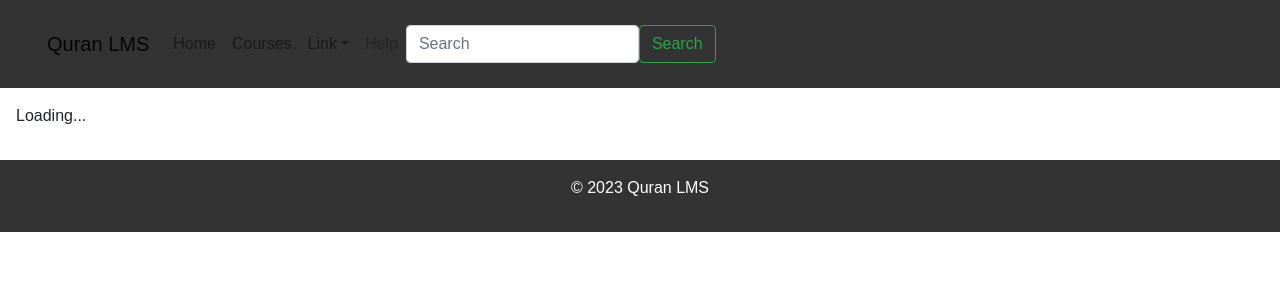
Repository: talha-mahmood/Quran-Lms-react
Page: /
These files come from the project's save history. The page is drawn as it stood at one moment and after a run of saves; the edit follows.
The browser window is 1280 px wide. The pictures show the whole page.
The page's requests for data from a server got no answer. The project was rebuilt for these pictures with package versions that can differ from the ones it lists, and the page was loaded fresh each time. No one was signed in, and anything a server would have sent is missing.

Above is the page before, as saved 2023-03-08 01:13:02.

### public/index.html
<!DOCTYPE html>
<html lang="en">
  <head>
    <meta charset="utf-8" />
    <link rel="icon" href="%PUBLIC_URL%/favicon.ico" />
    <meta name="viewport" content="width=device-width, initial-scale=1" />
    <meta name="theme-color" content="#000000" />
    <meta
      name="description"
      content="Web site created using create-react-app"
    />

    <link rel="apple-touch-icon" href="%PUBLIC_URL%/logo192.png" />
    <link rel="stylesheet" href="https://cdn.jsdelivr.net/npm/bootstrap@4.4.1/dist/css/bootstrap.min.css" integrity="sha384-Vkoo8x4CGsO3+Hhxv8T/Q5PaXtkKtu6ug5TOeNV6gBiFeWPGFN9MuhOf23Q9Ifjh" crossorigin="anonymous">
    <script src="https://code.jquery.com/jquery-3.4.1.slim.min.js" integrity="sha384-J6qa4849blE2+poT4WnyKhv5vZF5SrPo0iEjwBvKU7imGFAV0wwj1yYfoRSJoZ+n" crossorigin="anonymous"></script>
   <script src="https://cdn.jsdelivr.net/npm/popper.js@1.16.0/dist/umd/popper.min.js" integrity="sha384-Q6E9RHvbIyZFJoft+2mJbHaEWldlvI9IOYy5n3zV9zzTtmI3UksdQRVvoxMfooAo" crossorigin="anonymous"></script>
   <script src="https://cdn.jsdelivr.net/npm/bootstrap@4.4.1/dist/js/bootstrap.min.js" integrity="sha384-wfSDF2E50Y2D1uUdj0O3uMBJnjuUD4Ih7YwaYd1iqfktj0Uod8GCExl3Og8ifwB6" crossorigin="anonymous"></script>
    <!--
      manifest.json provides metadata used when your web app is installed on a
      user's mobile device or desktop. See https://developers.google.com/web/fundamentals/web-app-manifest/
    -->
    <link rel="manifest" href="%PUBLIC_URL%/manifest.json" />
    <!--
      Notice the use of %PUBLIC_URL% in the tags above.
      It will be replaced with the URL of the `public` folder during the build.
      Only files inside the `public` folder can be referenced from the HTML.

      Unlike "/favicon.ico" or "favicon.ico", "%PUBLIC_URL%/favicon.ico" will
      work correctly both with client-side routing and a non-root public URL.
      Learn how to configure a non-root public URL by running `npm run build`.
    -->
    <title>React App</title>
  </head>
  <body>
    <noscript>You need to enable JavaScript to run this app.</noscript>
    <div id="root"></div>

    <!--
      This HTML file is a template.
      If you open it directly in the browser, you will see an empty page.

      You can add webfonts, meta tags, or analytics to this file.
      The build step will place the bundled scripts into the <body> tag.

      To begin the development, run `npm start` or `yarn start`.
      To create a production bundle, use `npm run build` or `yarn build`.
    -->
  </body>
</html>

### src/App.js
import './App.css';
import React,{Component} from 'react';
import Button from 'react-bootstrap/Button';
import Container from 'react-bootstrap/Container';
import Form from 'react-bootstrap/Form';
import Nav from 'react-bootstrap/Nav';
import Navbar from 'react-bootstrap/Navbar';
import NavDropdown from 'react-bootstrap/NavDropdown';
class QuranLMS extends Component {
  state = {
    verses: [],
    isLoading: true
  };

  async componentDidMount() {
    const response = await fetch("https://api.quran.com/api/v4/quran/verses/uthmani?chapter_number=1");
    const data = await response.json();
    this.setState({
      verses: data.verses,
      isLoading: false
    });
  }

  render() {
    const { verses, isLoading } = this.state;
    return (
      <div>


          <div>
          <header>
          <Navbar bg="" expand="lg">
      <Container fluid>
        <Navbar.Brand href="#">Quran LMS</Navbar.Brand>
        <Navbar.Toggle aria-controls="navbarScroll" />
        <Navbar.Collapse id="navbarScroll">
          <Nav
            className="me-auto my-2 my-lg-0"
            style={{ maxHeight: '100px' }}
            navbarScroll
          >
            <Nav.Link href="#action1">Home</Nav.Link>
            <Nav.Link href="#action2">Courses</Nav.Link>
            <NavDropdown title="Link" id="navbarScrollingDropdown">
              <NavDropdown.Item href="#action3">About</NavDropdown.Item>
              <NavDropdown.Item href="#action4">
                Another action
              </NavDropdown.Item>
              <NavDropdown.Divider />
              <NavDropdown.Item href="#action5">
                Something else here
              </NavDropdown.Item>
            </NavDropdown>
            <Nav.Link href="#" disabled>
              Help
            </Nav.Link>
          </Nav>
          <Form className="d-flex">
            <Form.Control
              type="search"
              placeholder="Search"
              className="me-2"
              aria-label="Search"
            />
            <Button variant="outline-success">Search</Button>
          </Form>
        </Navbar.Collapse>
      </Container>
    </Navbar>
    </header>
          </div>



        <main>
          {isLoading ? (
            <p>Loading...</p>
          ) : (
            verses.map((verse) => (
              <p key={verse.id}>{verse.text_uthmani}</p>
            ))
          )}
        </main>
        <footer>
          <p>&copy; 2023 Quran LMS</p>
        </footer>
      </div>
    );
  }
}

export default QuranLMS;

### src/App.css
body {
  font-family: Arial, sans-serif;
  margin: 0;
}

header {
  background-color: #333;
  color: #fff;
  padding: 1em;
}

header h1 {
  margin: 0;
}

main {
  padding: 1em;
}

footer {
  background-color: #333;
  color: #fff;
  padding: 1em;
  text-align: center;
}

Loaded but not shown: src/index.js (common file); src/index.css (common file); src/reportWebVitals.js (common file)

After the next 3 saves:
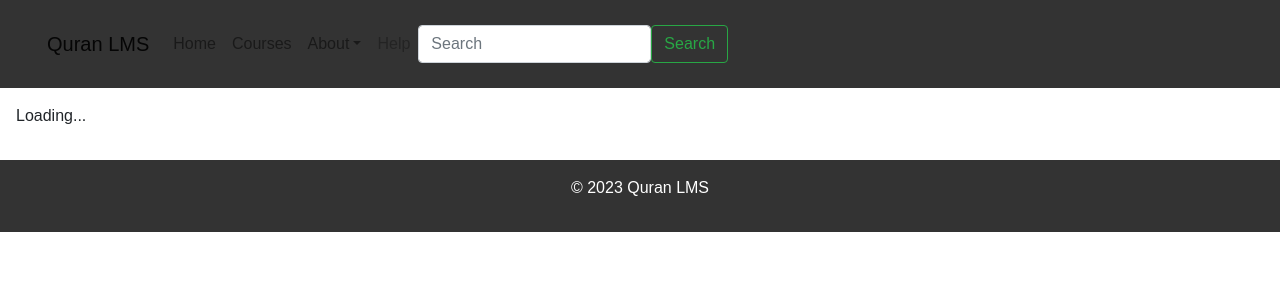
The 3 saves are shown as one change because they came seconds apart.
The last was saved 55 s later.
--- a/src/App.js
+++ b/src/App.js
@@ -41,8 +41,8 @@ class QuranLMS extends Component {
           >
             <Nav.Link href="#action1">Home</Nav.Link>
             <Nav.Link href="#action2">Courses</Nav.Link>
-            <NavDropdown title="Link" id="navbarScrollingDropdown">
-              <NavDropdown.Item href="#action3">About</NavDropdown.Item>
+            <NavDropdown title="About" id="navbarScrollingDropdown">
+              <NavDropdown.Item href="#action3"></NavDropdown.Item>
               <NavDropdown.Item href="#action4">
                 Another action
               </NavDropdown.Item>
